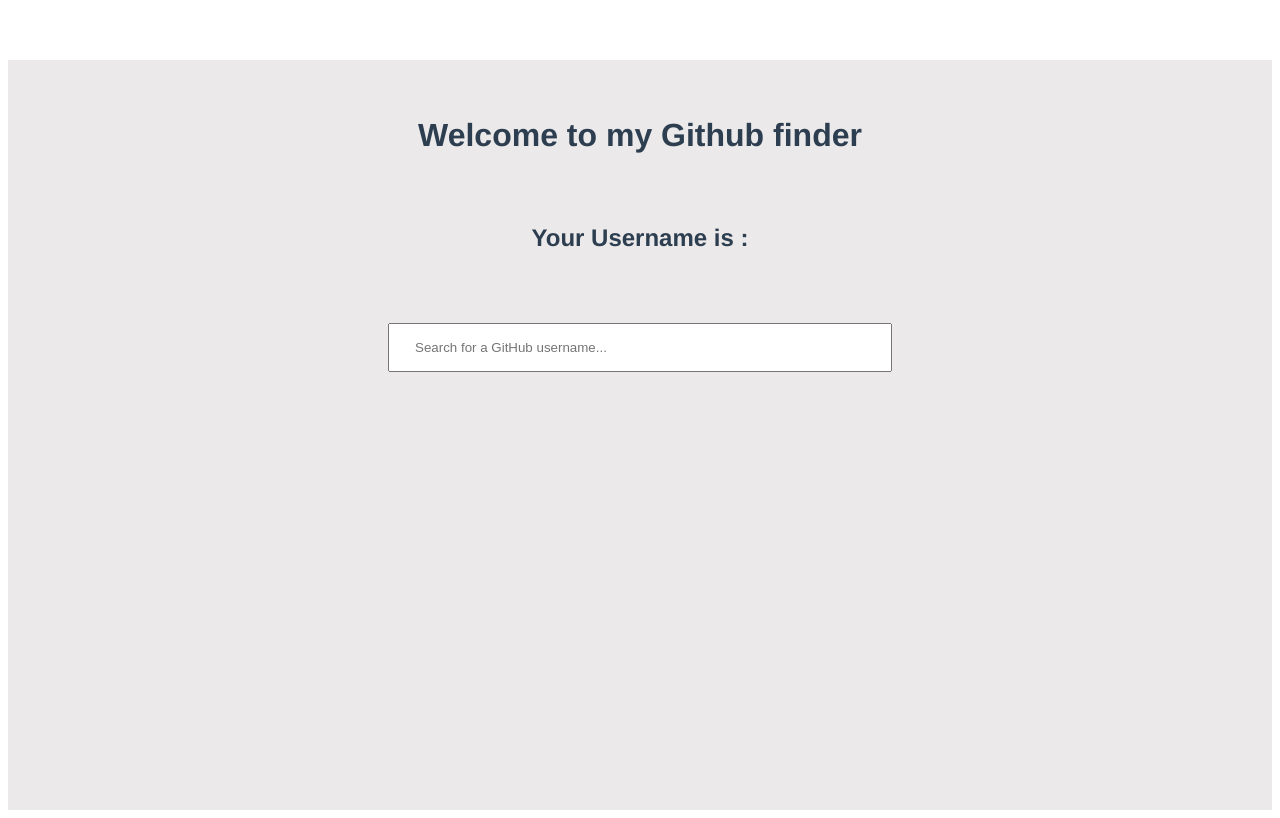
Repository: Syfon01/githubfinderApp
Page: /
An editor plug-in stored every save of this project. The page is shown before and after the next save, followed by the edit.
The browser window is 1280 px wide. The pictures show the whole page.
The project was rebuilt for these pictures with package versions that can differ from the ones it lists, and the page was loaded fresh each time.

Above is the page before, as saved 2020-02-06 14:48:20.
Console error: TypeError: Cannot read properties of undefined (reading 'protocol')

After the next save:
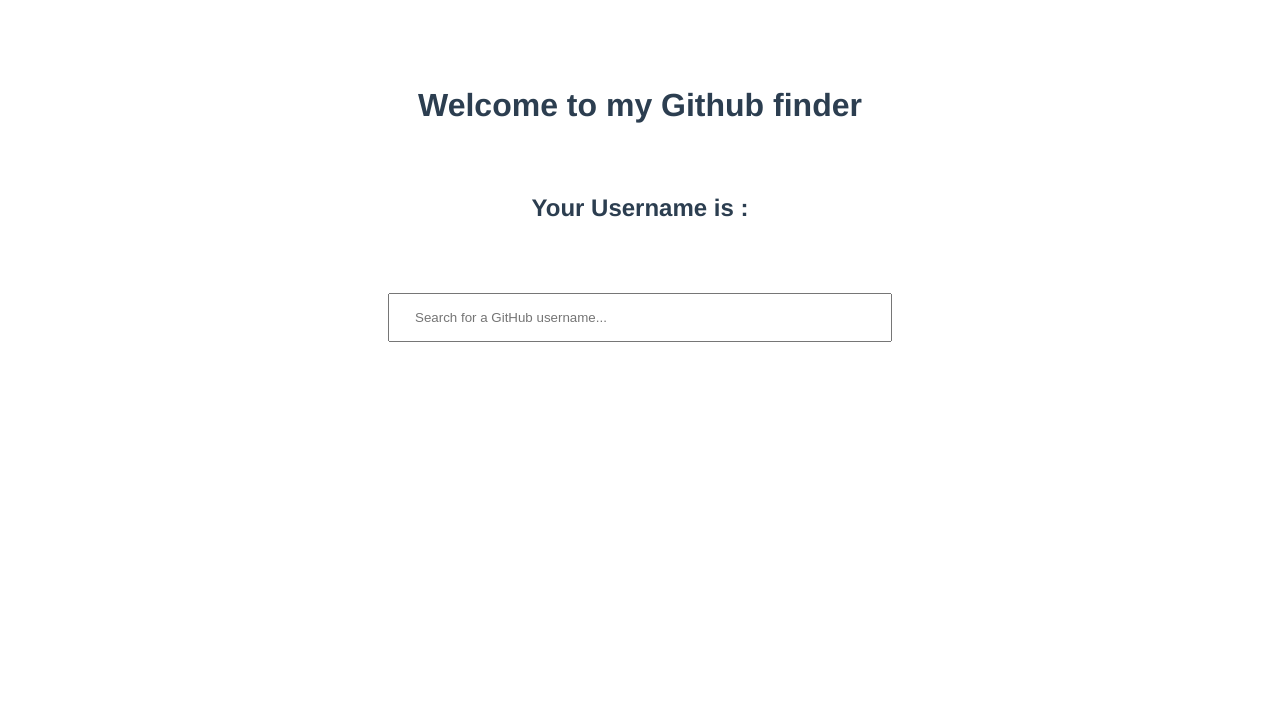
Saved 52 s later.
--- a/src/components/Finder.vue
+++ b/src/components/Finder.vue
@@ -120,10 +120,10 @@
     text-align: center;
     color: rgb(112, 130, 150);
 }
-#main{
+/* #main{
   background: rgb(235, 233, 233);
   height: auto;
   min-height: 100vh;
   padding: 15px 0px;
-}
+} */
 </style>
